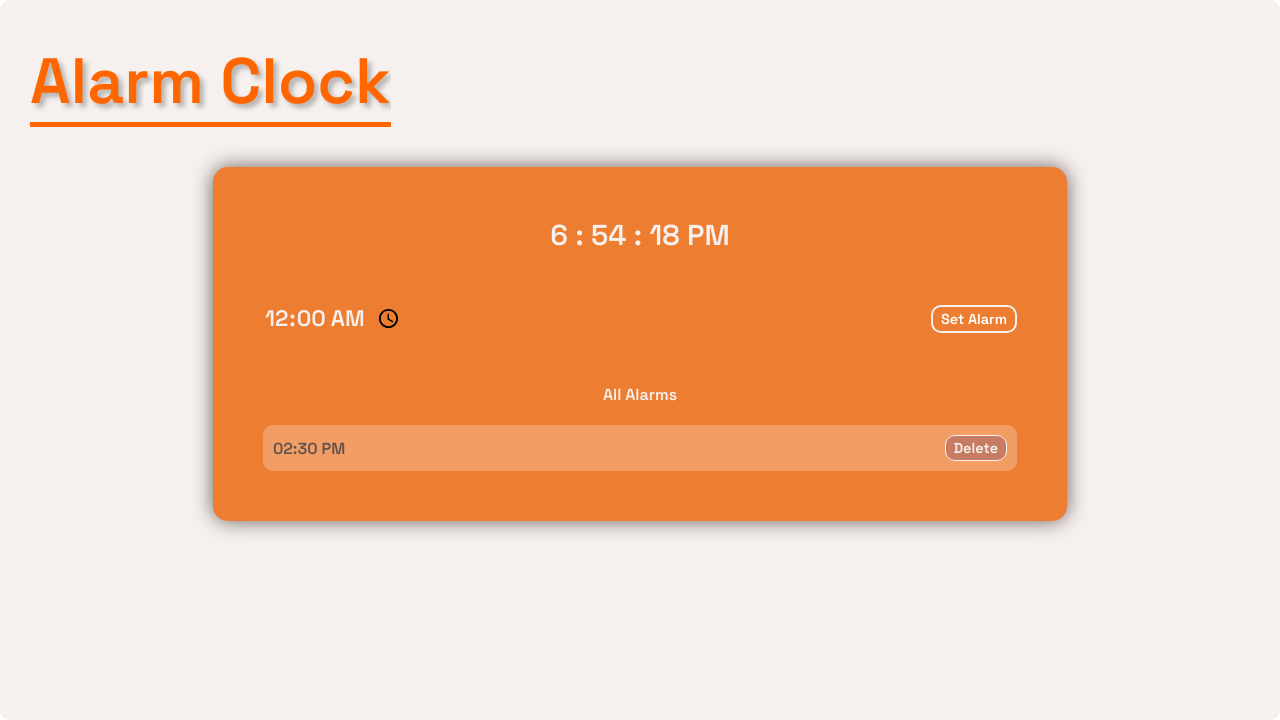
Repository: Pragya016/Alarm-Clock
Page: Index.html
These files come from the project's save history. The page is drawn as it stood at one moment and after a run of saves; the edit follows.
The browser window is 1280 px wide. The pictures show the whole page.

Above is the page before, as saved 2024-01-19 22:32:12.

### Index.html
<!DOCTYPE html>
<html lang="en">

<head>
    <meta charset="UTF-8">
    <meta name="viewport" content="width=device-width, initial-scale=1.0">
    <!-- css stylesheet -->
    <link rel="stylesheet" href="styles.css">

    <title>Alarm Clock</title>
</head>

<body>
    <div id="box">
        <h1>Alarm Clock</h1>
        <div class="container">

            <!-- showing the current time -->
            <div id="current-time">
                <h2 class="cur-time"></h2>
            </div>

            <!-- to set the alarm -->
            <div id="set-alarm">
                <h3>
                    <input type="time" class="set-time" value="00:00">
                </h3>
                <button type="button" id="set-alarm-btn">
                    Set Alarm
                </button>
            </div>

            <!-- list of alarms that are already been set -->
            <div id="all-alarms">
                <p class="heading"><b>All Alarms</b>
                </p>
                <div class="alarm">
                    <p class="preSetAlarmTime">
                        02:30 PM
                    </p>
                    <button type="button" class="dlt-alarm-btn">
                        Delete
                    </button>
                </div>
            </div>
        </div>
    </div>
    <!-- script -->
    <script src="clock.js"></script>
</body>

</html>

### styles.css
@import url('https://fonts.googleapis.com/css2?family=IBM+Plex+Mono:wght@700&family=Space+Grotesk:wght@600&display=swap');

/* default css styles */
:root {
    --creamColor : #F6F1EE;
    --orangeShadeDark : #ff6600;
    --OrangeColor : #ED7D31;
    --brownColor : #6C5F5B;
    --brownShadeDarker : #5f534f;
    --orangeShadeDarker : #ba4c28;
}

body, html{
    margin: 0;
    padding: 0;
}

*{
    box-sizing: border-box;
    margin: 0;
        font-family: 'IBM Plex Mono', monospace;
font-family: 'Space Grotesk', sans-serif;
}

/* main container */
#box{
    height: 100vh;
    padding: 30px;
    width: 100%;
    margin: auto;
    border-radius: 10px;
    background-color: var(--creamColor);
}

#box h1{
    color: var(--orangeShadeDark);
    text-align: center;
    margin-top: 10px;
    position: relative;
    width: fit-content;
    font: 900;
    border-bottom: 5px solid var(--orangeShadeDark);
    font-size: 4rem;
    overflow: hidden;
    text-shadow: 4px 4px 5px rgb(179, 178, 178);
}

/* ----------------------------- */

#current-time{
    font-size: 1.2rem;
}

/* ----------------------------- */

.container {
    color: var(--creamColor);
    height: auto;
    width: 70%;
    overflow: scroll;
    margin: 40px auto 0;
    padding: 50px;
    font-family: Arial, Helvetica, sans-serif;
    display: flex;
    flex-direction: column;
    /* letter-spacing: 3px; */
    align-items: center;
    border-radius: 15px;
    background-color: var(--OrangeColor);
    box-shadow: 0px 0px 20px var(--brownColor);
}

/* ----------------------------- */
/* set alarm container */

#set-alarm {
    display: flex;
    justify-content: space-between;
    width: 100%;
    margin: 50px auto 30px auto;
}

.set-time {
    border: none;
    background-color: #00000000;
    color: var(--creamColor);
}

.set-time{
    border: none;
    font-size: larger;
    font-weight: 600;
}

/* ----------------------------- */
/* all alarms container */

#all-alarms {
    margin-top: 20px;
    display: flex;
    justify-content: space-between;
    width: 100%;
    height: auto;
    flex-direction: column;
    align-items: center;
}

#all-alarms .heading {
    color: var(--creamColor);
}

.alarm{
    display: flex;
    justify-content: space-between;
    width: 100%;
    padding: 10px;
    background-color: rgba(255, 255, 255, 0.247);
    margin-top: 20px;align-items: center;
    border-radius: 10px;
}

.alarm .preSetAlarmTime {
    font-size: 1rem;
    color: var(--brownShadeDarker);
}

.dlt-alarm-btn{
    border: 1px solid var(--creamColor);;
    background-color: hsl(15, 47%, 58%);
    color: var(--creamColor);
}

.dlt-alarm-btn:hover {
    border-color:var(--orangeShadeDarker);
    background-color: #F6F1EE;
    color: var(--orangeShadeDarker);
}

/* ----------------------------- */

button {
    width: auto;
    margin: auto 0;
    border-radius: 10px;
    font: 600;
    font-size: 0.9rem;
    border: none;
     padding: 3px 8px;
    border: 2px solid #F6F1EE;;
    background-color: #ED7D31;
    cursor: pointer;
    color: white;
}

button:hover{
   color: #ce5300;
    background-color: var(--creamColor);
}

### clock.js

// selecting all the elements of html
const currentTime = document.querySelector('.cur-time');
const setNewAlarm = document.querySelector('.set-time');
const setNewAlarmBtn = document.querySelector('#set-alarm-btn');
const preSetAlarmTime = document.querySelector('.preSetAlarmTime');
const deleteBtn = document.querySelector('.dlt-alarm-btn');
const allAlarmsContainer = document.querySelector('#all-alarms');



// --------------------------------------------
// display the current time

function updateTime() {
    let currentDate = new Date();
    let hours = currentDate.getHours();
    let minutes = currentDate.getMinutes();
    let seconds = currentDate.getSeconds();

    // selecting am or pm
    var ampm = (hours >= 12) ? "PM" : "AM";

    // getting hours minutes and seconds
    hours = (hours < 10) ? "0" + hours : hours - 12;
    minutes = (minutes < 10) ? "0" + minutes : minutes;
    seconds = (seconds < 10) ? "0" + seconds : seconds;

    // setting the tet content to current time
    let currentTimeString = `${hours} : ${minutes} : ${seconds} ${ampm}`;
    currentTime.textContent = currentTimeString;
}

setInterval(updateTime, 1000);
updateTime();


// --------------------------------------------
// setting new alarm

setNewAlarmBtn.addEventListener('click', () => {
    // getting the input value
    const timeInput = setNewAlarm.value;
    let [hourVal, minVal] = timeInput.split(':');

        // console.log(minVal, hourVal)
        if (hourVal === '00') {
            hourVal = 12;
        }

        // html for newly created alarm
    const newAlarm = `
            <div class="alarm">
                <p class="preSetAlarmTime">
                    ${hourVal}:${minVal} ${hourVal >= 12 ? 'PM' : 'AM'}
                </p>
                <button type="button" class="dlt-alarm-btn">
                    Delete
                </button>
            </div>
        `;

        // inserting the html to the container
        setTimeout(() => {
            allAlarmsContainer.insertAdjacentHTML('beforeend', newAlarm);
            setNewAlarm.value = '00:00';
            startCountDown(hourVal, minVal);
        }, 300);

});

// --------------------------------------------
function startCountDown(hours, minutes) {
    // calculating seconds
    const totalMin = (hours * 60) + minutes;
    let totalSeconds = totalMin * 60;

    setTimeout(() => {
        alert('alarm ended!!')
    }, totalSeconds)
}


// --------------------------------------------
// deleting the alarm
allAlarmsContainer.addEventListener('click', (e) => {
    // checking if delete alarm btn is present or not
    if (e.target.classList.contains('dlt-alarm-btn')) {

        // finding the closest element
        const alarmElement = e.target.closest('.alarm');

        // deleting the alarm
        if (alarmElement) {
            setTimeout(() => {
                alarmElement.remove();
            }, 300);
        }
    }
});

After the next 2 saves:
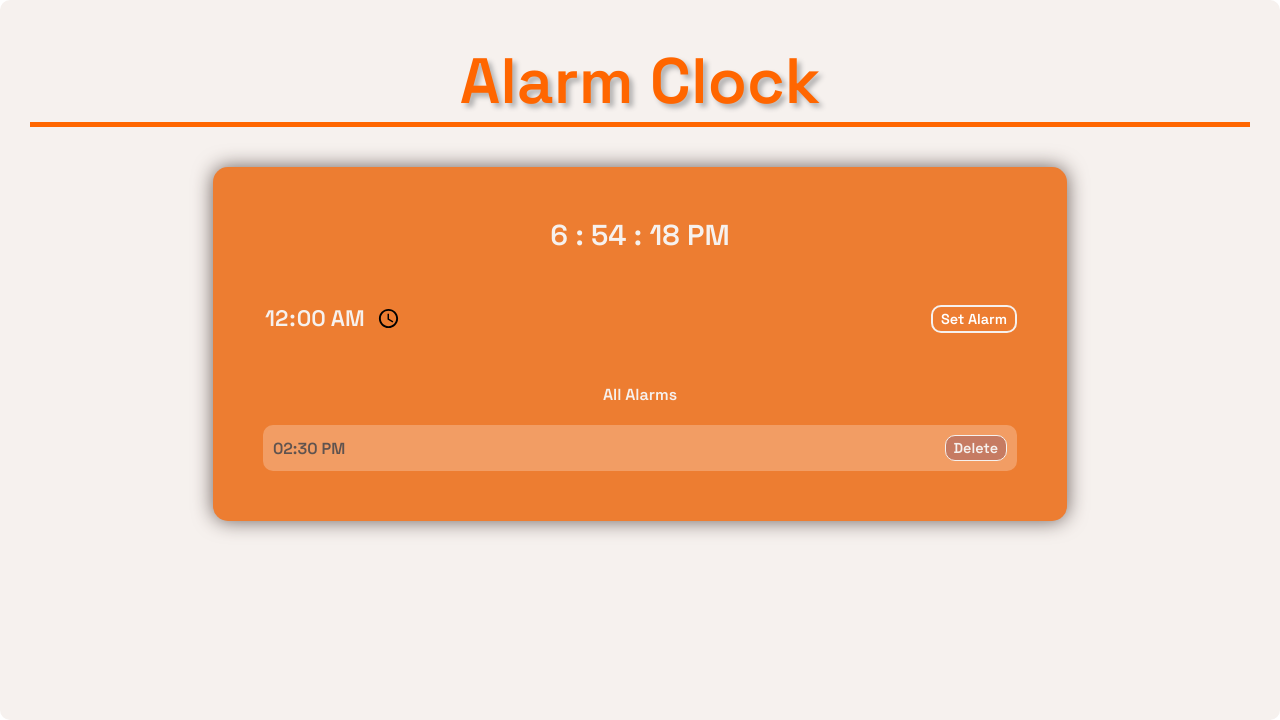
The 2 saves are shown as one change because they came seconds apart.
The last was saved 7 s later.
--- a/styles.css
+++ b/styles.css
@@ -37,6 +37,7 @@
     text-align: center;
     margin-top: 10px;
     position: relative;
+    left
     width: fit-content;
     font: 900;
     border-bottom: 5px solid var(--orangeShadeDark);

After the 3 saves that followed:
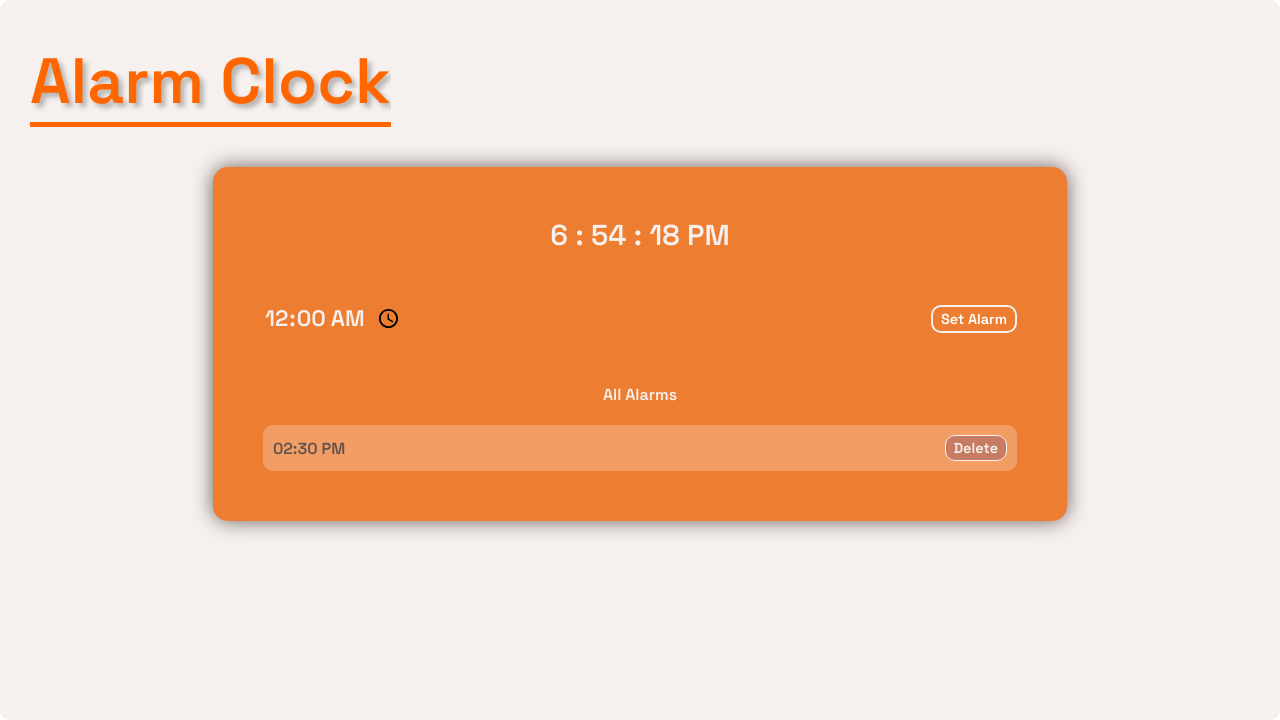
The 3 saves are shown as one change because they came seconds apart.
The last was saved 8 s later.
--- a/styles.css
+++ b/styles.css
@@ -37,7 +37,6 @@
     text-align: center;
     margin-top: 10px;
     position: relative;
-    left
     width: fit-content;
     font: 900;
     border-bottom: 5px solid var(--orangeShadeDark);
